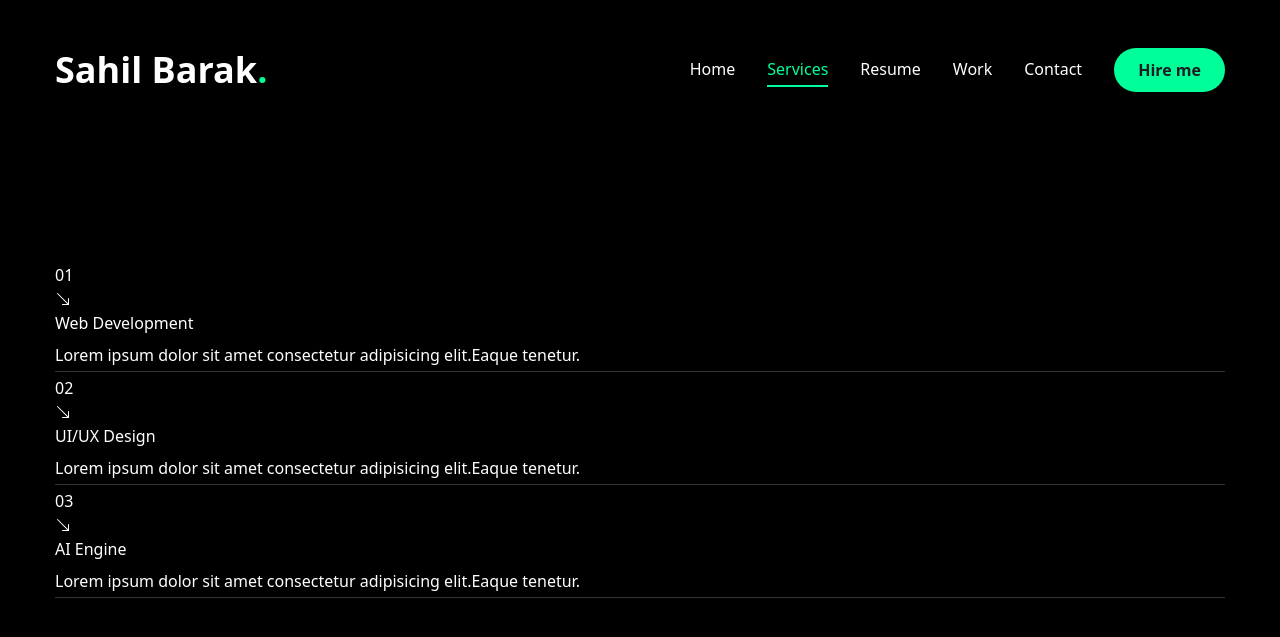
Repository: Moxsahil/My_portfolio
Page: /services (app in sahil-portfolio/)
An editor plug-in stored every save of this project. The page is shown before and after the next save, followed by the edit.
The browser window is 1280 px wide. The pictures show the whole page.
The project was rebuilt for these pictures with package versions that can differ from the ones it lists, and the page was loaded fresh each time. The framework's server and built-in components were replaced by stand-ins that run in the browser. Also part of the build but not shown: sahil-portfolio/next.config.mjs.

Above is the page before, as saved 2024-10-04 12:56:19.

After the next save:
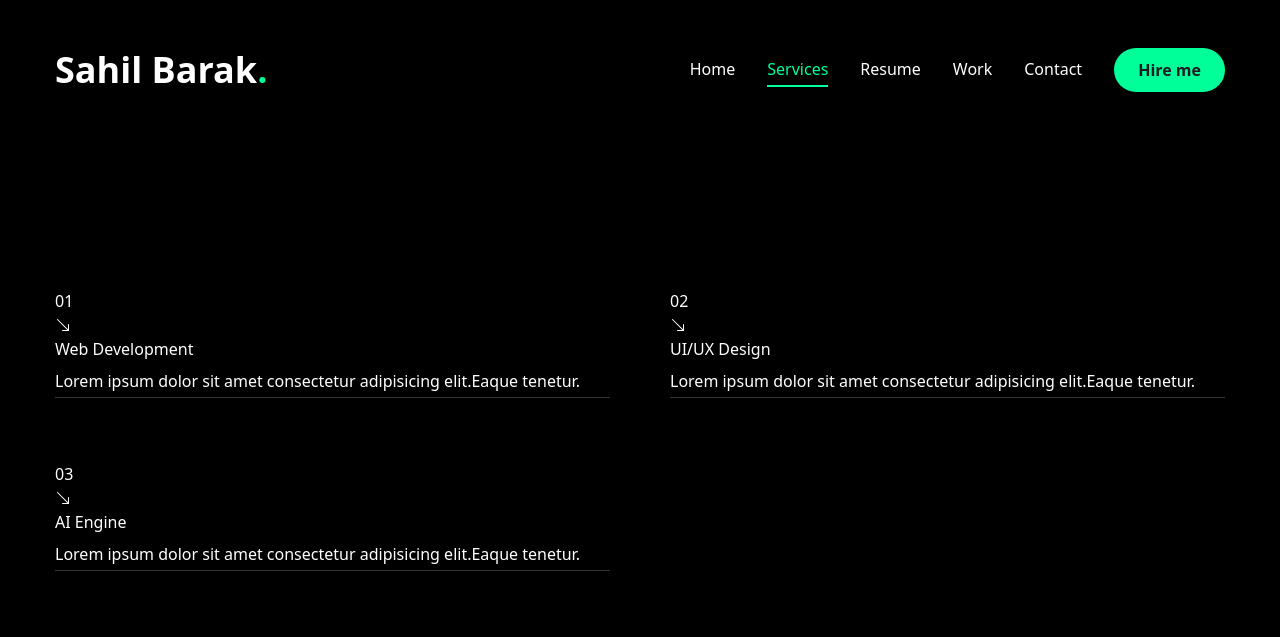
Saved 7 min 54 s later.
--- a/sahil-portfolio/app/services/page.jsx
+++ b/sahil-portfolio/app/services/page.jsx
@@ -32,6 +32,7 @@
         opacity:1,
         transition: {delay:2.4, duration:0.4, ease: "easeIn"},
       }}
+      className="grid grid-cols-1 md:grid-cols-2 gap-[60px]"
       >
        {services.map((service, index) => {
         return (
